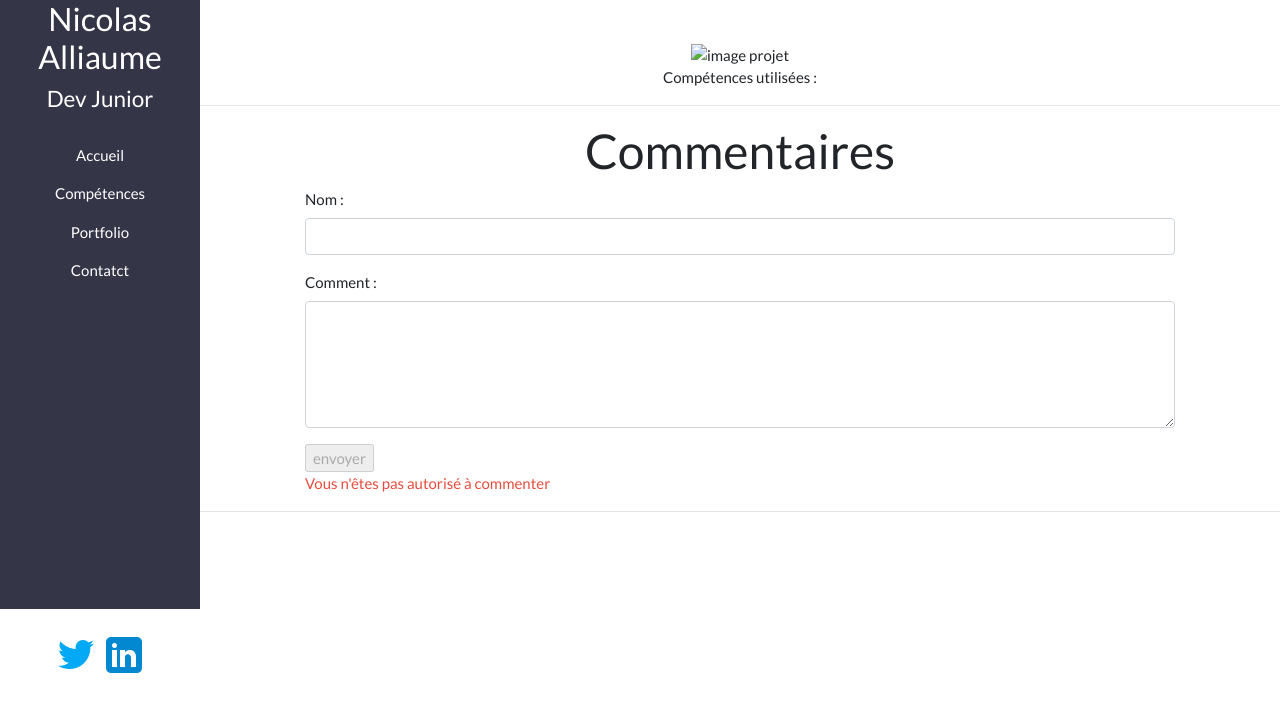
Repository: Nicolas-al/alliaumen
Page: templates/portfolio/index.html.twig
An editor plug-in stored every save of this project. The page is shown before and after the next save, followed by the edit.
The browser window is 1280 px wide. The pictures show the whole page.
Some web fonts or font styles are not loaded; a fallback is used. Some web libraries are served in a nearby version. The page is a Twig template of a Symfony application; nobody is signed in and links lead nowhere. Other server files are loaded and not shown. The template is opened directly, without the code that normally fills it, so the values that code supplies are empty.

Above is the page before, as saved 2020-09-13 00:35:46.

### templates/portfolio/index.html.twig
{% extends 'base.html.twig' %}

{% block body %}
<div class="wrapper">
    <nav id="sidebar">
    {% include 'main/aside.html.twig' %}
    </nav>
    <div class="content">
        <section class="project_page">
            <div class="container">
                <h1>{{ portfolio.title }}</h1>
                <p> {{ portfolio.description }}</p>
                <figure>
                <img src="{{ vich_uploader_asset( portfolio, 'imageFile') | imagine_filter('slider_thumb')}}" alt="image projet">
                <figcaption>Compétences utilisées : {{ portfolio.skills }}</figcaption>
                </figure>
            </div>
        </section>
        <hr>
        <section id="comment_block">
            <div class="container col-lg-10" id="comment_whrite">
                <h1> Commentaires </h1>
                <form action={% if is_granted('ROLE_MODO') %} "{{ path('modo_project', {'id' : portfolio.id}) }}"
                {% else %}
                "{{ path('portfolio', {'id' : portfolio.id}) }}"
                {% endif %}
                method="post">
                    <div class="form-group">
                        <label for="author">Nom :</label>
                        <input class="form-control" type="text" name="author" required/>
                    </div>
                    <div class="form-group">
                        <label for="comment">Comment :</label>
                        <textarea class="form-control" rows="5" name="comment" id="comment" required></textarea>
                    </div>
                    <div class="form-group">
                        {% if ip == ipBan %}
                        <input type="submit" name="submit" value="envoyer" disabled>
                        <p class="text-danger"> Vous n'êtes pas autorisé à commenter </p>
                        {% else %}
                        <input type="submit" name="submit" value="envoyer">
                        {% endif %}
                    </div>
                </form>
            </div>
            <hr>
            <div class="container col-lg-10" id="comments">
                {% for comment in comments %}
                    {% if comment.portfolio == portfolio %}
                    <div class="row comment" id="{{ comment.id }}">
                        <div class="col-lg-12" id="author_comment">
                            <p>Posté par <strong>{{ comment.author }}</strong> le {{ comment.createdAt | date('d/m/Y') }} à {{ comment.createdAt | date('H:i') }}h </p>
                        </div>
                        <div class="col-lg-12" id="content_comment">
                            <p>{{ comment.content }} </p>
                        </div>
                        {% if is_granted('ROLE_MODO') %}
                        <div class="form-group" id="moderate-buttton">
                            <div class="delete-com" onclick="deleteCom({{ comment.id }}, {{ portfolio.id }})">
                                <input type="button" class="btn btn-primary" value="Supprimer">
                            </div>
                            <div class="moderate" onclick="banIp({{ comment.id }}, {{ portfolio.id }})">
                                <input type="button" class="btn btn-primary" value="Bannir l'IP">
                            </div>
                        </div>
                        {% endif %}
                    </div>
                    {% endif %}
                {% endfor %}
            </div>
        </section>
    </div>
</div>

{% endblock %}

### templates/base.html.twig
<!DOCTYPE html>
<html>
    <head>
        <lang="fr">
        <meta charset="UTF-8">
        <meta name="viewport" content="width=device-width, initial-scale=1">

        <title>{% block title %}Projet5!{% endblock %}</title>
        {% block stylesheets %}
        <link type="text/css" rel="stylesheet" href="{{ asset('/css/style.css') }}" />
        <link type="text/css" rel="stylesheet" href="{{ asset('/css/project.css') }}" />
        <link rel="stylesheet" href="https://bootswatch.com/4/flatly/bootstrap.min.css">
        <link rel="stylesheet" href="https://cdnjs.cloudflare.com/ajax/libs/font-awesome/5.9.0/css/all.css">
        <link href="https://fonts.googleapis.com/css2?family=Oswald&family=Philosopher&family=Roboto&family=Crete+Round&family=Dosis:wght@600&family=Merienda:wght@700&display=swap" rel="stylesheet">
        <script src="https://code.jquery.com/jquery-3.5.1.min.js" integrity="sha256-9/aliU8dGd2tb6OSsuzixeV4y/faTqgFtohetphbbj0=" crossorigin="anonymous"></script>
        <script src="{{ asset('js/accueil/profil.js') }}"></script>
        <script src="{{ asset('js/accueil/skills.js') }}"></script>
        <script src="{{ asset('js/accueil/slider.js') }}"></script>
        <script src="{{ asset('js/accueil/contact.js') }}"></script>

        {% endblock %}
    </head>
    <body>

            {# {% block aside %}{% endblock %} #}
            {% block body %}{% endblock %}
            {% block javascripts %}{% endblock %}
            <footer>
            {% block footer %}{% endblock %}
            </footer>
            <script src="{{ asset('js/portfolio/deleteCom.js') }}"></script>
            <script src="{{ asset('js/portfolio/banIp.js') }}"></script>
    </body>
</html>

### templates/main/aside.html.twig

    {% block sidebar %}
            <div class="sidebar-header">
                <h3 class="text-center">Nicolas Alliaume</h3>
                <h4 class="text-center">Dev Junior</h4>
            </div>
            <div class="navbar navbar-expand text-center">
                <ul class="nav" style="width: -webkit-fill-available">
                    <li class="nav-item active"><a href="/#" class="nav-link text-white">Accueil</a></li>
                    <li class="nav-item"><a href="/#block_competences" class="nav-link text-white">Compétences</a></li>
                    <li class="nav-item"><a href="/#block_portfolio" class="nav-link text-white">Portfolio</a></li>
                    <li class="nav-item"><a href="/#block_contact" class="nav-link text-white">Contatct</a></li>
                </ul>
            </div>
            <div class="block_network">
                <h6>RESEAUX SOCIAUX</h6>
                <div class="d-flex justify-content-center">
                    <img class="" src="{{ asset('images/icons/icon-twitter.png') }}" alt="icon de twitter">
                    <img src="{{ asset('images/icons/icon-linkedin.png') }}" alt="icon de linkedin">
                </div>
            </div>
    {% endblock %}

### public/css/style.css
.wrapper {
    display: flex;
    width: 100%;
    align-items: stretch;
}

#sidebar{
    background : #353548;
    max-width: 200px;
    min-width: 200px;
}
#header{
    height: 400px;
}
#block_competences{
    height: 500px;
    margin-left: 0;
    margin-right: 0;
}
#block_portfolio{
    height: 1400px;
}
#block_contact{
    margin-top: 20px;
    height: 380px;
}
footer{
    background: #353648
}
.button{
    background: #14a7ea;
    border: 1px solid white;
    padding: 9px 46px;
    border-radius: 4px;
}
.button a{
    font-size: 1.2em;
}
.button a:hover{
    text-decoration: none;
}

/* sections block titre */

.block_title{
    height: 165px;
    background: #35334814;
    width: 100%;
}
.title_elmt{
    display: flex;
    flex-direction: column;
}
.minus_block{
    text-align: center;
    margin-top: 61px;
}
.minus_one{
    color: #11a7ea
}
.minus_two{
    color: #1d75d2;
}
.minus_three{
    color: #353648;
}
.title{
    display: flex;
    margin-left: -15px;
    margin-right: -15px;
}
.title h4{
    font-family: 'Philosopher', sans-serif;
    margin-right: auto;
    margin-top: auto;
    margin-bottom: auto;
}
.title img{
    height: 39px;
    margin-top: auto;
    margin-left: auto;
    margin-bottom: auto;
}

/*------------------------------------- ASIDE -------------------------------------*/

#aside h3{
    font-family: 'Oswald', sans-serif;
}
.sidebar-header{
    color: white;
}
#sidebar ul{
    justify-content: center;
}
.block_nav{
    position: fixed;
    top: 27%;
    width: 15.7%
}

.block_nav ul{
    display: flex;
    flex-direction: column;
    margin: auto;
    justify-content: end;
}
.block_nav a{
    font-family: 'Catamaran', sans-serif;
    padding-left: 20px
}

.block_network{
    position: fixed;
    top: 84%;
    text-align: center;
    width: 15.7%;
}
h6{
    color: white;
}
/*----------------------------------- HEADER -----------------------------------*/

.header_p{
    font-family: 'Merienda', cursive;
    font-size: 1.3em;
    color: #212529e8;
    width: 93%;
    box-shadow: 0px 0px 7px;
    text-align: center;
}

#block_photo{
    max-width: 35%;
    margin: auto;
    padding-bottom: 40px;
}

/* Mon profil */

#block_profil{
    height: fit-content;
}

#profil{
    justify-content: center;
    align-items: center;
}
.block-down{
    margin-right: 5%;
}
.from-center{
    margin-left: 45px;
}
/* Animation double Flèches vers le bas */

@keyframes down{
	0% {transform: translateY(0%) ; opacity: 0.5}
	25% {transform: translateY(-30%); opacity: 0.2}
    75% {transform: translateY(30%); opacity: 1}
    100% {transform: translateY(0%); opacity: 0.5}
}
.double-down{
	animation: down 1.2s infinite;
	width: 3%;
}

/* ~~~~~~~ INIT. BTN ~~~~~~~ */

#profil{
    position: relative;
    padding: 1.4rem 4.2rem;
    padding-right: 3.1rem;
    font-size: 1.4rem;
    color: black;
    letter-spacing: 1.1rem;
    text-transform: uppercase;
    transition: all 500ms cubic-bezier(0.77, 0, 0.175, 1);
    cursor: pointer;
    user-select: none;
}

#profil:before, #profil:after {
    content: '';
    position: absolute;
    transition: inherit;
    z-index: -1;
    box-sizing: border-box;
}

#profil:hover {
    color: white;
    transition-delay: .5s;
}

#profil:hover:before {
    transition-delay: 0s;
}

#profil:hover:after {
    background: #353648;
    transition-delay: .35s;
}


#profil:before {
    top: 0;
    left: 50%;
    height: 100%;
    width: 0;
    border: 1px solid #353648;
    border-left: 0;
    border-right: 0;
}

#profil:after {
    bottom: 0;
    left: 0;
    height: 0;
    width: 100%;
    background: #353648;
}

#profil:hover:before {
    left: 0;
    width: 100%;
}

#profil:hover:after {
    top: 0;
    height: 100%;
}

#profil_panel{
    display: none;
}


/* ------------------------------------BLOCK COMPETENCES--------------------------------------*/
#skills{
    display: flex;
    width: 100%;
}
.skills{
    margin-bottom: -200px;
}
.skills-title{
    align-items: center;
}
.skills-title i{
    margin: inherit;
}
.logo-skills p{
    width: fit-content;
    margin: auto;
}
.logo-skills:hover{
   font-size: 20px;
   transition: 1s;
   font-weight: bold;
}
#skills img{
    width: 48px;
}
#skills img:hover{
    width: 65px;
    transition: 0.5s;
}
.align-title{
    margin: inherit;
    margin-left: 5px;
}

#front{
    width: 53%;
    border-bottom: 300px solid whitesmoke;
}
#back{
    width: 59%;
    border-bottom: 300px solid #353448;
    border-left: 43px solid #f5f5f5fc;
}

/* -------------------------------------------BLOCK PORTFOLIO----------------------------------------- */

#para_portfolio{
    height: 100px;
    padding: 0px 20px;
    text-align: center;
}

/* -------Slider------- */
.block_slides{
    height: 40%;
}
#block_portfolio h4{
    text-align: center;
    font-family: 'Philosopher', sans-serif;
}
.panel_project{
    width: 92%;
    margin: auto;
    display: none;
    box-shadow: 0px 0px 27px #353448;
    border-radius : 5px;
}


.description_project{
    border-bottom: 5px solid #f39c12c9;
    background: white;
    padding: 10px;
    border-top-left-radius: 5px;
    border-top-right-radius: 5px;
}
.description_project h4{
    font-weight: 700;
}
.description_project p{
    font-size: 1.1em;
}
.project img{
    width: 100%;
}
.project_link{
    border: 2px solid white;
    margin-left: 40%;
    position: absolute;
    z-index: 13;
    padding: 7px 15px;
    margin-top: -27%;
    background: #1e74d2;
}
.project_link:hover{
    background: #100f19;
}
.project_link a:hover{
    text-decoration: none;
}
.skills_project{
    border-top: 5px solid #f39c12c9;
}
.skills_project p{
    padding-right: 2%;
    padding-left: 2%;
    padding : 10px;
}
.skills_project span{
    font-weight: bold;
}
/* Cards projects */

#block_project_card{
    margin-top : 15%;
}
#projects_cards{
    text-align: center;
    justify-content: center;
   margin-left: 5%;
}
.project_card{
    color: white;
    margin-left: -10%;
    border: 1px solid;
    box-shadow: 0px 0px 3px;
    border-right: 2px solid;
    border-radius: 11px;
    max-width: 22%;
    background: #353348;
    cursor: pointer;
}
.project{
    opacity: 0.8;
}
.project h4{
    color: white;
}
.project p{
    color: white;
}
.project_content p{
    padding: 3% 9% 0% 9%;
    margin-bottom: 0;
    text-align: justify;
    font-size: 0.8em;
}
.project_content p:last-child{
    margin-bottom: 3%;
}
.project_content h4{
    padding: 3%;
}
.project_content img{
    width: 99%;
}
/*------------------------------------------- BLOCK CONTACT ---------------------------------------- */

#block_contact address a{
    font-weight: bold;
    color: #353648;
}

.modal_contact{
    display: none;
    background: white;
    width: inherit;
    z-index: 100;
    top: 0px;
    height: 100%;
    position: absolute;
    margin-left: -15px;
}

#errors_form{
    color: red;
    font-size: 1em;
    display: none;
}

/*-------------------------- MENTIONS LEGALES ------------------------*/

#mentions_body a{
    color: #0087d1;
}

/*---------------------------- FOOTER ---------------------------------*/

.copyright{

}

/*================================================ RESPONSIVE ======================================================== */
/*================================================            ======================================================== */

@media screen and (max-width: 991px){
    .wrapper{
        display: block;
    }
    #sidebar{
        min-width: 100%;
        max-width: 100%;
    }
    .block_nav{
        position: inherit;
        display: contents
    }
    .block_nav ul{
        display: flex;
        flex-direction: inherit;
        justify-content: center;
    }
    .block_network{
        position: absolute;
        top: 10%;
        left: 5%;
    }
    .block_network h6{
        display: none;
    }
    #mentions_body{
    margin-left: 2%;
    }

    #block_competences{
        height: auto;
    }

    #skills{
        height: fit-content;
        flex-direction: column;
        display: flex !important;
    }
    .skills{
        margin-bottom: 0;
    }
    #front{
        width: auto;
        border-bottom: none;
        background-color: #f5f5f5;
    }
    #text_black{
        padding: 20px 30px
    }
    #back{
        width: auto;
        border-bottom: none;
        border-left: none;
        background-color: #353448;
    }
    #text_white{
        padding: 20px 30px
    }
    .logo-skills{
        width: 20% !important;
    }
    #block_portfolio{
        height: auto;
    }
    #para_portfolio{
        margin-top: 5%;
        margin-bottom: 12%;
    }
    #block_project_card {
        margin-top: 20%;
    }
    .project_card {
        max-width: 26%;
        height: 259px;
    }
}

@media screen and (max-width: 702px){
    .projects_cards{
        margin-left: 5%;
    }
    .project_content p {
        font-size: 0.7em;
    }
    .project_card {
        max-width: 29%;
        height: 241px;
    }

}
    @media screen and (max-width: 500px){
    .project_card {
        max-width: 32%;
        height: 243px;
        }
    .block_slides{
        margin: 0% 0% 0% 2% !important;
    }
    .project_link{
        margin-left: 35%;
    }
    #block_project_card {
        margin-top: 30%;
        padding-left: 7%;
    }
    .block_network{
        top: 1%;
        left: 8%;
    }
    h6{
        display: none;
    }
    #contact_block{
        width: 80%;
    }
}

### public/css/project.css
/* ------------ Project Page -------------- */

h1{
    text-align: center;
    margin: 4%;
}
.project_page p{
    font-size: 1.1em;
    margin: 4% 0%;
    text-align: center;
}
.content{
    width: 100%;
}
figure{
    text-align: center;
}
#comment_block{
    margin-bottom: 30px;
}
#comments{
    margin-bottom: 9%;
    margin-top: 4%;
}
#comments .comment{
    margin-bottom: 30px;
    border: 1px gainsboro;
}
#author_comment{
background-color: #353648;
color :white
}
#content_comment{
background-color: #35364859;
}

### public/js/accueil/profil.js
$(document).ready(function () {

    var blockDown = $('.block-down>i')
    var profil = $('#profil');
    var x = window.matchMedia("(max-width: 702px)");
    var xSmall = window.matchMedia("(max-width: 576px)");
    var blockSkills = $('#block_competences');

    profil.on("click", function(){
        blockDown.removeClass("double-down");
        $('#profil_panel').fadeIn(2000).delay(1000);
        $('#block_profil').css({
        "margin" : "unset"
        });
        $(this).css({
            "background" : "#353548",
            "color" : "white"
        })
        if (x.matches) { // If media query matches
            blockSkills.css({"margin-top" : "5%"});
          }
        if (xSmall.matches) {
            blockSkills.css({"margin-top" : "33%"});
        }
        console.log('weeee');
    })
});

### public/js/accueil/slider.js
$(document).ready(function () {

    let projectCard = $('.project_card');
    let project = $('.project');
    let infosProject = $('.panel_project');
    let opacitySlide = $('.opacity_slide');
    console.log(projectCard);
    console.log(project);

    for (let i=0 ; i < projectCard.length; i++)
    {
        $(projectCard[1]).css({
            "marginTop" : "-100px",
            "marginBottom" : "100px",
            "background" : "rgb(97, 95, 130);",
            "cursor" : "default"
        });
        for (let a=0 ; a < projectCard.length; a++)
        {
            $(projectCard[a]).click(function (){
                if ($(projectCard[i]).css('marginTop') === '-100px'){
                    $(projectCard[i]).css({
                        "marginTop" : "0px",
                        "marginBottom" : "0px",
                        "background" : "#353348",
                        "cursor" : "pointer"
                    })
                }
                $(projectCard[a]).css({
                    "marginTop" : "-100px",
                    "marginBottom" : "100px",
                    "background" : "rgb(97, 95, 130);",
                    "cursor" : "default"
                })
                $(infosProject[i]).hide();
                $(opacitySlide[i]).hide();
                $(infosProject[a]).show();
                $(opacitySlide[a]).show();
            });


            if ($(projectCard[i]).css('marginTop') === '-100px')
            {
                $(infosProject[i]).show();
                $(opacitySlide[i]).show();
            }


        }
    }
})

### public/js/accueil/contact.js
$(document).ready(function () {
        // on click pour afficher le formulaire
        ($('#form_button')).click(function(){
            $('.modal_contact').show();
            $('#sidebar').on('click', function(){
                $('.modal_contact').hide();
            });
        });
        //on attribut un href au btn de validation du formulaire
        if($('.modal_contact').hide()){
            console.log($('#form_link').attr("href"));
            $('#form_link').attr("href", "#contact_form");
        }
        // on click pour valider le formulaire
        $('#button_form').on('click', function(e){
            var name = $('#name').val();
            var firstName = $('#firstname').val();
            var mail = $('#mail').val();
            var message = $('#message').val();
            // si des champs sont vides : message erreur
            if (name === "" || firstName === "" || mail === "" || message === ""){
                var errorsForm = $('#errors_form').text("Un ou plusieurs champs ne sont pas remplis");
                errorsForm.fadeIn(300).delay(8000).fadeOut(1000);
            }
            // si tout es ok on fait une requete ajax
            else{
                $.ajax({
                    url: '/sendmail',
                    type: 'POST',
                    dataType : 'html',
                    data : 'name=' + name + '&firstname=' + firstName + '&mail=' + mail + '&message=' + message,
                    success: function (code_html, statut) { // success est toujours en place, bien sûr !
                        console.log(code_html);
                    },
                    error: function (resultat, statut, erreur) {
                    }
                });
                name = $('#name').val("");
                firstName = $('#firstname').val("");
                mail = $('#mail').val("");;
                message = $('#message').val("");
                $('.modal_contact').hide();
                console.log($("#button_form > a").attr("href"));
                $("#button_form > a").attr("href", "#block_contact");
            }
        });
});

### public/js/portfolio/deleteCom.js
function deleteCom(commentId, portfolioId) {
    $.ajax({
        url: '/modo/' + portfolioId + '/?action=deleteCom&commentId=' + commentId,
        type: 'GET',
        dataType: 'html',
        success: function (code_html, statut) { // success est toujours en place, bien sûr !
            console.log('ok');
            let balise = '#' + commentId;
            $(balise).css({
                'display': 'none'
            });
            console.log(balise);
        },

        error: function (resultat, statut, erreur) {
           console.log(resultat, statut );
        }
    });
}

### public/js/portfolio/banIp.js
function banIp(commentId, portfolioId){

    console.log(portfolioId);
        $.ajax({
            url: '/modo/' + portfolioId + '/?action=ban&commentId=' + commentId,
            type: 'GET',
            dataType: 'html',
            success: function (code_html, statut) { // success est toujours en place, bien sûr !
                let balise = '#' + commentId;
                $(balise).css({
                    'display': 'none'
                });
                console.log(balise);
            },
        })

}

After the next save:
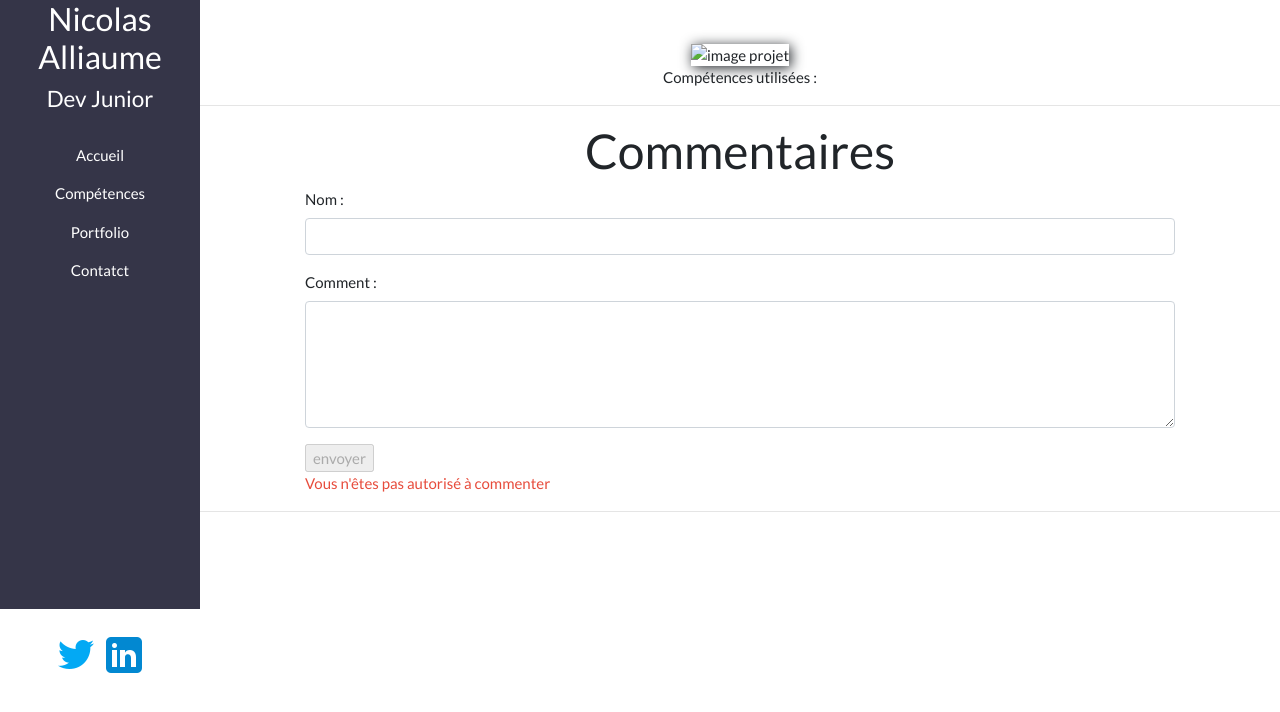
Saved 39 h 19 min later.
--- a/public/css/project.css
+++ b/public/css/project.css
@@ -14,6 +14,9 @@ h1{
 }
 figure{
     text-align: center;
+}
+figure img{
+    box-shadow: 2px 2px 13px
 }
 #comment_block{
     margin-bottom: 30px;
